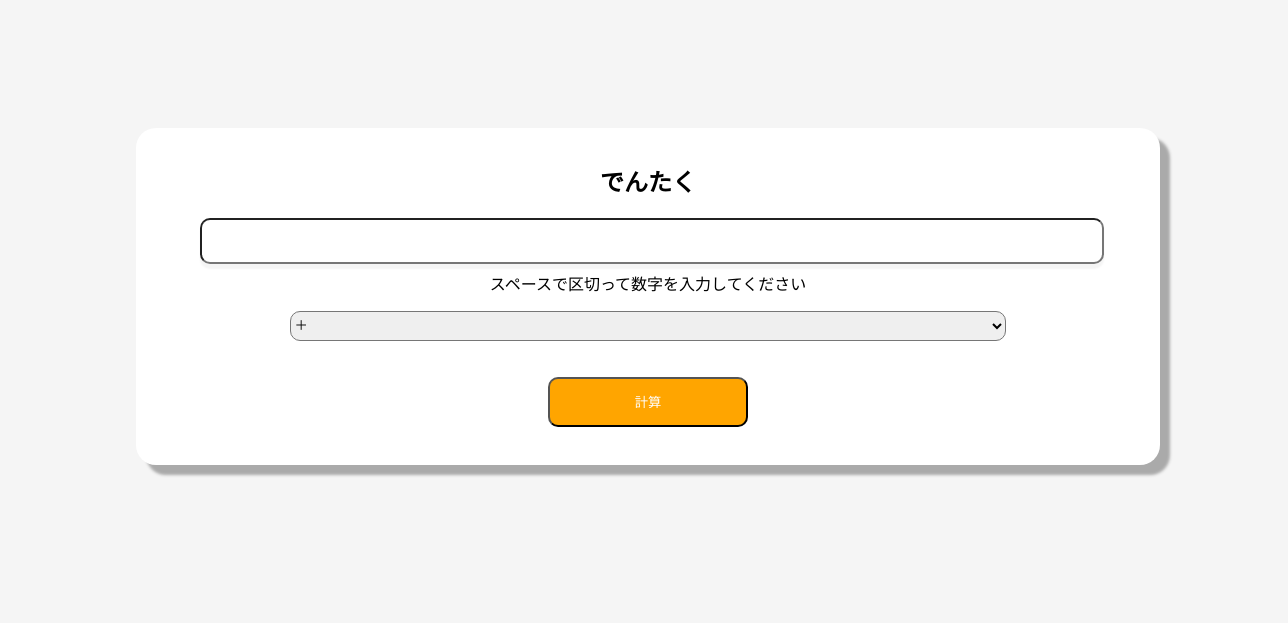
Repository: yuuukihara/test2
Page: http://localhost/dentaku2/
These files come from the project's save history. The page is drawn as it stood at one moment and after the next save; the edit follows.
The browser window is 1280 px wide. The page is 1288 px wide, so the pictures cover 1288 px, including what lies to the right of the window. The pictures show the whole page.
The page is served by Tomcat 9.

Above is the page before, as saved 2018-09-10 06:02:20.

After the next save:
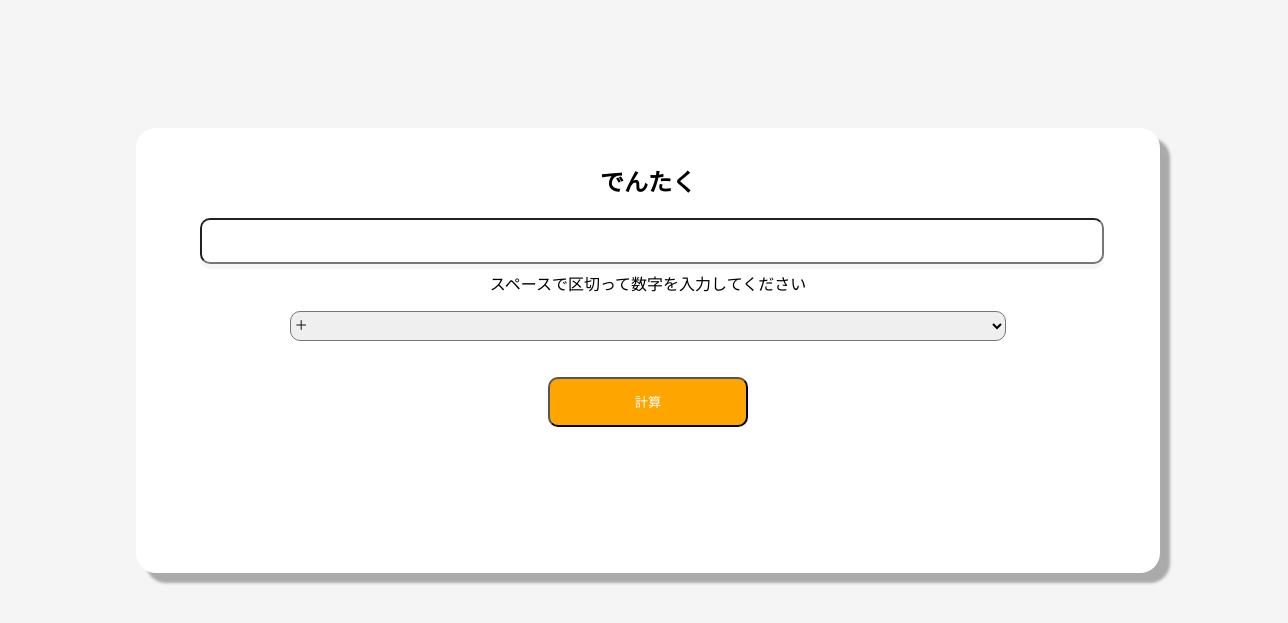
Saved 39 s later.
--- a/dentaku2/WebContent/css/Style.css
+++ b/dentaku2/WebContent/css/Style.css
@@ -9,7 +9,7 @@ body{
 	background-color:white;
 	text-align:center;
 	margin:10% 10%;
-	padding:15px 5% 20px 5%;
+	padding:15px 5% 10% 5%;
 	border-radius:20px;
 	box-shadow:10px 10px 3px #aaaaaa;
 
